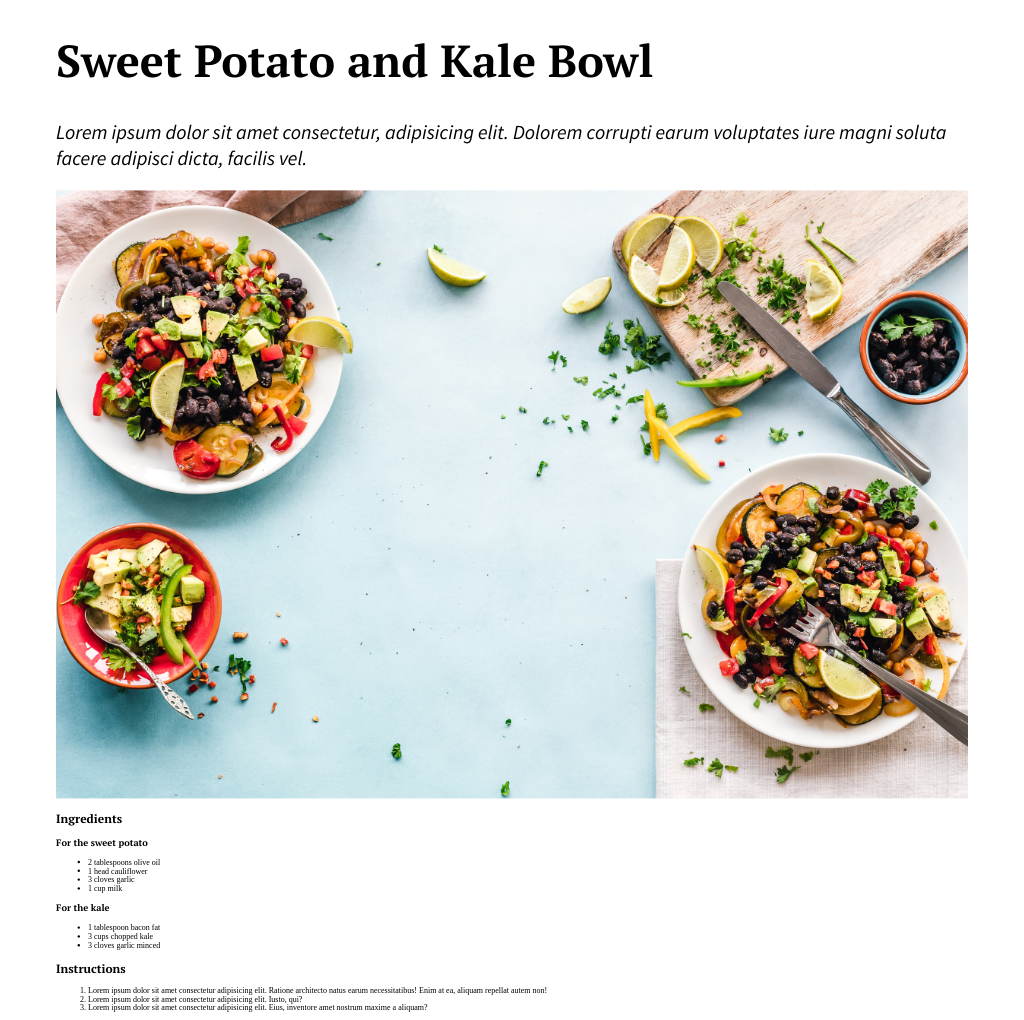
Repository: ZhenyaKu/recipe-art-pages
Page: index.html
These files come from the project's save history. The page is drawn as it stood at one moment and after the next save; the edit follows.
The browser window is 1280 px wide. The pictures show the whole page, at 80% of full size.

Above is the page before, as saved 2021-03-15 00:09:01.

### index.html
<!DOCTYPE html>
<html lang="en">
	<head>
		<title>Card</title>
		<meta charset="UTF-8" />
		<meta name="viewport" content="width=device-width, initial-scale=1.0" />
		<link rel="stylesheet" href="css/styles.css" />
		<link rel="preconnect" href="https://fonts.gstatic.com" />
		<link
			href="https://fonts.googleapis.com/css2?family=PT+Serif:ital,wght@0,400;0,700;1,400&family=Source+Sans+Pro:ital,wght@0,400;0,600;0,700;1,400&display=swap"
			rel="stylesheet"
		/>
	</head>
	<body>
		<div class="container">
			<h1>Sweet Potato and Kale Bowl</h1>
			<p class="lead">
				Lorem ipsum dolor sit amet consectetur, adipisicing elit.
				Dolorem corrupti earum voluptates iure magni soluta facere
				adipisci dicta, facilis vel.
			</p>
			<img src="./image/food.jpg" alt="food" />
			<h2>Ingredients</h2>
			<h3>For the sweet potato</h3>
			<ul>
				<li>2 tablespoons olive oil</li>
				<li>1 head cauliflower</li>
				<li>3 cloves garlic</li>
				<li>1 cup milk</li>
			</ul>
			<h3>For the kale</h3>
			<ul>
				<li>1 tablespoon bacon fat</li>
				<li>3 cups chopped kale</li>
				<li>3 cloves garlic minced</li>
			</ul>

			<h2>Instructions</h2>
			<ol>
				<li>
					Lorem ipsum dolor sit amet consectetur adipisicing elit.
					Ratione architecto natus earum necessitatibus! Enim at ea,
					aliquam repellat autem non!
				</li>
				<li>
					Lorem ipsum dolor sit amet consectetur adipisicing elit.
					Iusto, qui?
				</li>
				<li>
					Lorem ipsum dolor sit amet consectetur adipisicing elit.
					Eius, inventore amet nostrum maxime a aliquam?
				</li>
			</ol>
		</div>
	</body>
</html>

### css/styles.css
html {
    font-size: 62.5%;
}

.container {
    max-width: 1140px;
    margin: auto;
}

h1,
h2,
h3 {
    font-family: 'PT Serif', serif;
    color: black;
    font-weight: 900;
    line-height: 1, 1;
}

h1 {
    font-size: 5.61rem;
}

img {
    width: 100%;
}

.lead {
    font-family: 'Source Sans Pro', sans-serif;
    font-style: italic;
    font-size: 2.5rem;
}

After the next save:
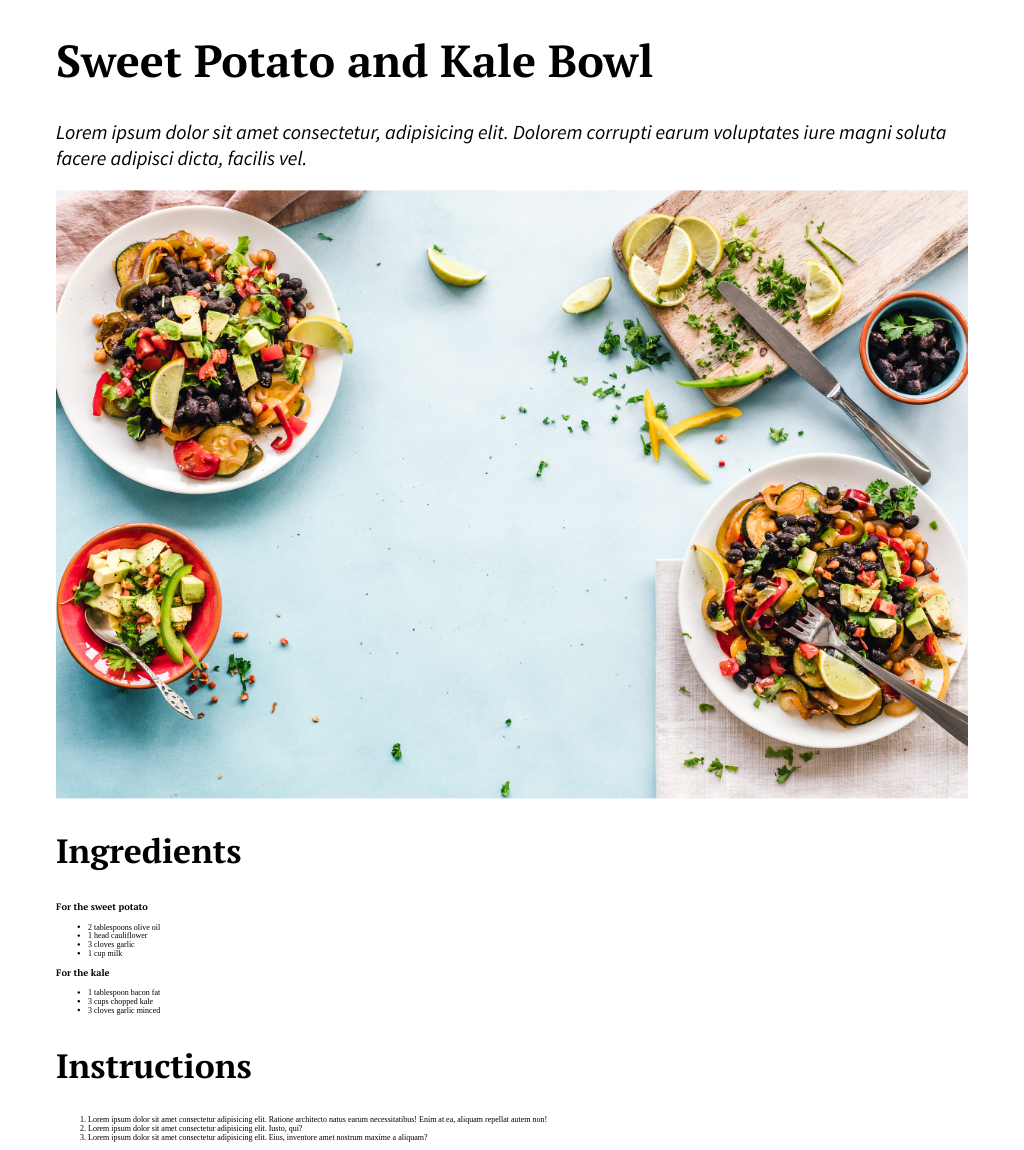
Saved 53 s later.
--- a/css/styles.css
+++ b/css/styles.css
@@ -20,6 +20,11 @@ h1 {
     font-size: 5.61rem;
 }
 
+h2 {
+    font-size: 4.209rem;
+}
+
+
 img {
     width: 100%;
 }
